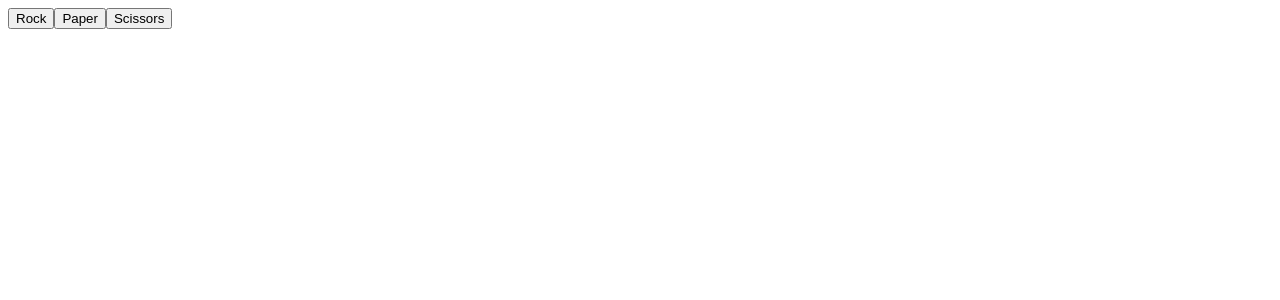
Repository: weazzyefff/Rock-Paper-Scissors
Page: rock-paper-scissors.html
An editor plug-in stored every save of this project. The page is shown before and after the next save, followed by the edit.
The browser window is 1280 px wide. The pictures show the whole page.

Above is the page before, as saved 2022-11-29 15:10:02.

After the next save:
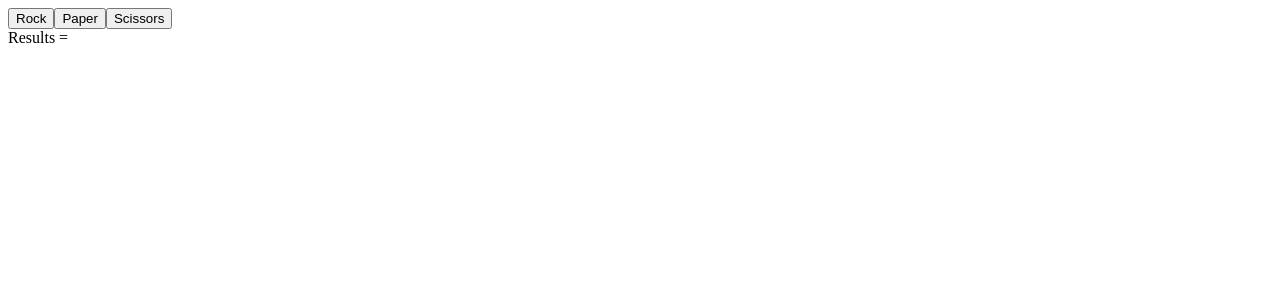
Saved 14 min 42 s later.
--- a/script.js
+++ b/script.js
@@ -34,6 +34,10 @@ sbutton.addEventListener("click", () => {
     playRound();
 });
 
+let resultDiv = document.createElement("div");
+resultDiv.textContent = 'Results ='
+document.body.appendChild(resultDiv);
+
 function playRound() {
     let computerSelection = getComputerChoice();
     if (computerSelection === playerSelection) {
@@ -69,6 +73,7 @@ function playRound() {
 
     }
 
+
 }
 function getComputerChoice() {
     const cpuChoices = ['Rock', 'Paper', 'Scissors'];
